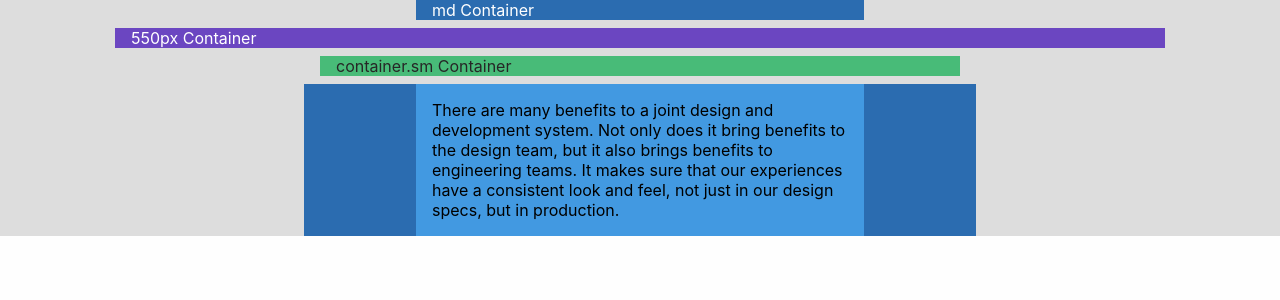
Repository: jorgelucasjs/chakra-ui-doc
Page: /
These files come from the project's save history. The page is drawn as it stood at one moment and after the next save; the edit follows.
The browser window is 1280 px wide. The pictures show the whole page.
The project was rebuilt for these pictures with package versions that can differ from the ones it lists, and the page was loaded fresh each time.

Above is the page before, as saved 2023-01-06 13:57:01.

### public/index.html
<!DOCTYPE html>
<html lang="en">
  <head>
    <meta charset="utf-8" />
   <!--  <link rel="icon" href="%PUBLIC_URL%/logo.jpg" /> -->
    <meta name="viewport" content="width=device-width, initial-scale=1" />
    <meta name="theme-color" content="#000000" />
    <meta
      name="description"
      content="Web site created using create-react-app"
    />
    <!-- <link rel="apple-touch-icon" href="%PUBLIC_URL%/logo.jpg" /> -->
    <!--
      manifest.json provides metadata used when your web app is installed on a
      user's mobile device or desktop. See https://developers.google.com/web/fundamentals/web-app-manifest/
    -->
    <link rel="manifest" href="%PUBLIC_URL%/manifest.json" />
    <!--
      Notice the use of %PUBLIC_URL% in the tags above.
      It will be replaced with the URL of the `public` folder during the build.
      Only files inside the `public` folder can be referenced from the HTML.

      Unlike "/favicon.ico" or "favicon.ico", "%PUBLIC_URL%/favicon.ico" will
      work correctly both with client-side routing and a non-root public URL.
      Learn how to configure a non-root public URL by running `npm run build`.
    -->
    <title>Chackra ui</title>
  </head>
  <body>
    <noscript>You need to enable JavaScript to run this app.</noscript>
    <div id="root"></div>
    <!--
      This HTML file is a template.
      If you open it directly in the browser, you will see an empty page.

      You can add webfonts, meta tags, or analytics to this file.
      The build step will place the bundled scripts into the <body> tag.

      To begin the development, run `npm start` or `yarn start`.
      To create a production bundle, use `npm run build` or `yarn build`.
    -->
  </body>
</html>

### src/index.tsx
import React from 'react';
import ReactDOM from 'react-dom/client';
import App from './App';
import reportWebVitals from './reportWebVitals';

const root = ReactDOM.createRoot(
  document.getElementById('root') as HTMLElement
);


root.render(

	<React.StrictMode>
		<App />
	</React.StrictMode>

);

reportWebVitals();

### src/App.tsx
import * as React from 'react';
import PagesRouter from './routes';
import { extendTheme, ChakraProvider, ColorModeScript } from '@chakra-ui/react';
import theme from './theme/theme';

export default function App(): JSX.Element {

	return (
		<ChakraProvider theme={theme}>
			<ColorModeScript initialColorMode={theme.config.initialColorMode} />
			<PagesRouter />
		</ChakraProvider>
	);
}

### src/routes/index.tsx
import React from 'react';
import { BrowserRouter, Route, Routes } from 'react-router-dom';
import Home from '../pages';
import GlobalStyle from './../style/Global';
export default function PagesRouter(): JSX.Element {
	return (

		<BrowserRouter>
			<GlobalStyle />

			<Routes>

				<Route
					path='/'
					element={<Home />}
				/>
			</Routes>
		</BrowserRouter>

	);
}

### src/theme/theme.ts
import { extendTheme, ThemeConfig } from '@chakra-ui/react';

const config: ThemeConfig = {
	initialColorMode: 'light',
	useSystemColorMode: false,
};

const colors = {
	brand: {
		900: '#1a365d',
		800: '#153e75',
		700: '#2a69ac',
	},
};

const theme = extendTheme({ config, colors });

export default theme;

### src/pages/index.tsx
import React from 'react';
import { Box, Container, Text, Flex, Grid, Button, SimpleGrid, Wrap, WrapItem, VStack } from '@chakra-ui/react';


export default function index(): JSX.Element {

	return (
		<Wrap bg={'#ddd'}>
			<Container maxW='md' bg='blue.600' color='white'>
				<div>md Container</div>
			</Container>
			<Container maxW='1050px' bg='purple.600' color='white'>
				<div>550px Container</div>
			</Container>
			<Container maxW='container.sm' bg='green.400' color='#262626'>
				<div>container.sm Container</div>
			</Container>

			<Container maxW='2xl' bg='blue.600' centerContent>
				<Box padding='4' bg='blue.400' color='black' maxW='md'>
					There are many benefits to a joint design and development system. Not only
					does it bring benefits to the design team, but it also brings benefits to
					engineering teams. It makes sure that our experiences have a consistent look
					and feel, not just in our design specs, but in production.
				</Box>
			</Container>
		</Wrap>
	);
}

### src/style/Global.ts
import { createGlobalStyle } from 'styled-components';

export default createGlobalStyle`
  * {
	  margin: 0;
	  padding: 0;
	  box-sizing: border-box;
	}

  body {
	  width: 100vw;
	  background:#fefefe;
  }

  body,
  input,
  textarea,
  button {
	font: 400 1rem Inter, sans-serif;
  }

  h1 {
	font-size: 2.5rem;
	font: 700;
	font-family: 'Work Sans', sans-serif;
  }

  h2 {
	font-size: 1.5rem;
  }

  button {
	cursor: pointer;
  }

  h1,
  h2,
  h3,
  h4,
  h5,
  h6 {
	font-weight: 600;
	font-family: Lexend, sans-serif;
  }

  input {
	outline: none;
  }
  a{
	text-decoration:none;
	color:#fff;
  }
  .modalContent,
  .secondModal {
	>img {
	  width: 15rem;
	  margin: 15px auto;
	  display: flex;
	  justify-content: center;
	  align-self: center;
	}
	> form {
	  margin: 20px 0;
	  width: 100%;
	  text-align: center;

	> label {
	  display: flex;
	  align-items: flex-start;
	  margin: 15px 0;
	  color: #1c1c1c;
	}

	>button {
	  margin-top: 25px;
	}
  }
}


.secondModal {
  >h1 {
	text-align: center;
	margin: 4rem 0 0 0;
  }

  >span {
	display: block;
	text-align: center;
	color: #1c1c1c;
	font-size: 15px;
	margin: 20px 0;
  }
}



`;

Loaded but not shown: src/reportWebVitals.ts (common file)

After the next save:
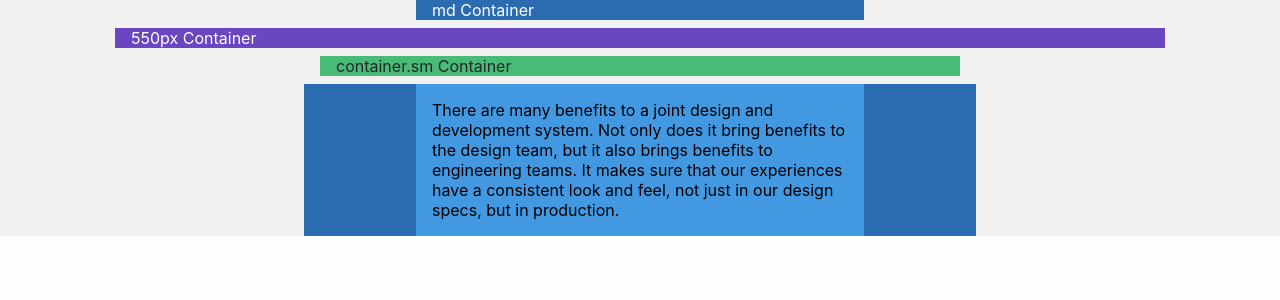
Saved 23 s later.
--- a/src/pages/index.tsx
+++ b/src/pages/index.tsx
@@ -5,7 +5,7 @@
 export default function index(): JSX.Element {
 
 	return (
-		<Wrap bg={'#ddd'}>
+		<Wrap bg={'#F1F1F1'}>
 			<Container maxW='md' bg='blue.600' color='white'>
 				<div>md Container</div>
 			</Container>
